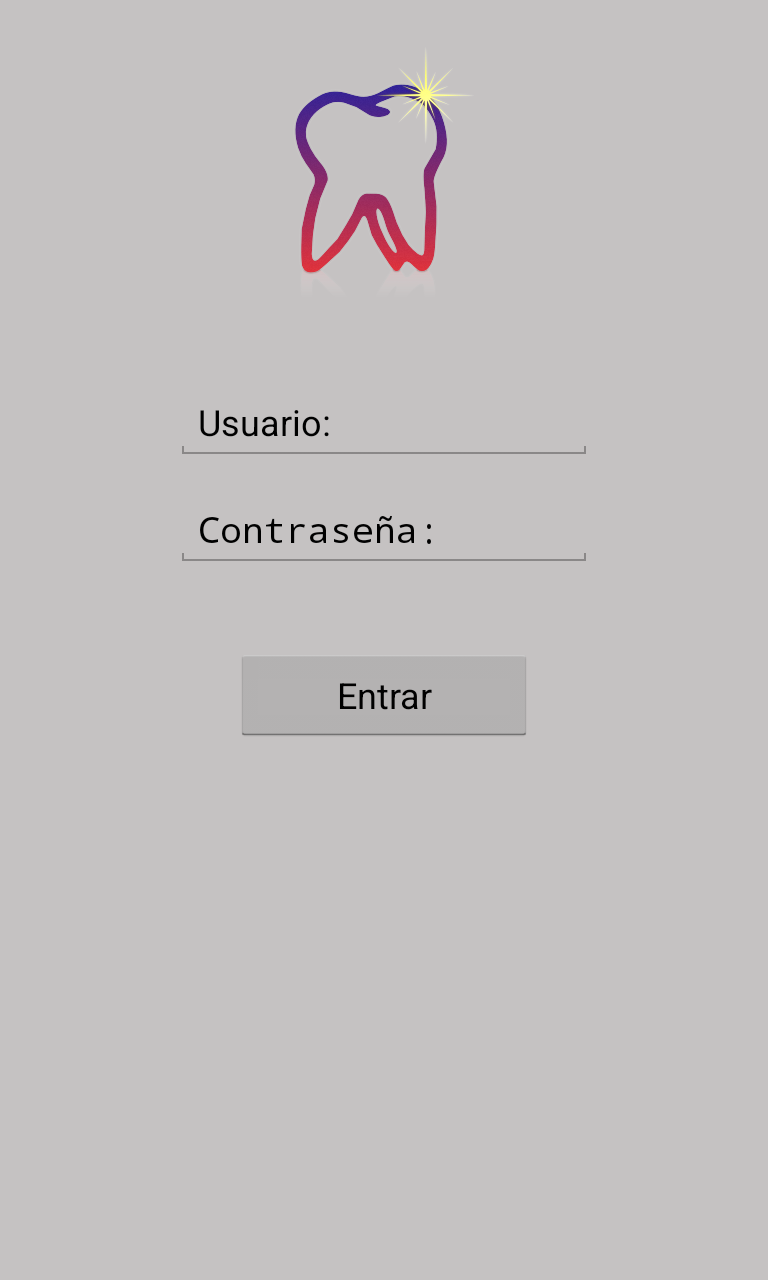
Repository: armandobs94/Dental.App
Layout: AplicacionMovil/DentalApp/Dental.App/res/layout/activity_main.xml
These files come from the project's save history. The layout is drawn as it stood at one moment and after the next save; the edit follows.
It is drawn on a 768 x 1280 px phone screen (xhdpi) without system bars, with theme AppTheme; the app's code is not run.

Above is the layout before, as saved 2015-06-11 23:30:40.

### AplicacionMovil/DentalApp/Dental.App/res/layout/activity_main.xml
<RelativeLayout xmlns:android="http://schemas.android.com/apk/res/android"
    xmlns:tools="http://schemas.android.com/tools"
    android:layout_width="match_parent"
    android:layout_height="match_parent"
    android:background="#C5C2C2"
    android:paddingBottom="@dimen/activity_vertical_margin"
    android:paddingLeft="@dimen/activity_horizontal_margin"
    android:paddingRight="@dimen/activity_horizontal_margin"
    android:paddingTop="@dimen/activity_vertical_margin"
    tools:context=".MainActivity" >

    <EditText
        android:id="@+id/edit_usuario"
        android:layout_width="wrap_content"
        android:layout_height="wrap_content"
        android:layout_below="@+id/imageView1"
        android:layout_centerHorizontal="true"
        android:layout_marginTop="42dp"
        android:ems="10"
        android:hint="@string/Usuario"
        android:textColorHint="#F000" />

    <ImageView
        android:id="@+id/imageView1"
        android:layout_width="wrap_content"
        android:layout_height="wrap_content"
        android:layout_alignParentTop="true"
        android:layout_centerHorizontal="true"
        android:contentDescription="@string/app_name"
        android:src="@drawable/diente" />

    <EditText
        android:id="@+id/edit_contra"
        android:layout_width="wrap_content"
        android:layout_height="wrap_content"
        android:layout_alignLeft="@+id/edit_usuario"
        android:layout_below="@+id/edit_usuario"
        android:layout_marginTop="14dp"
        android:ems="10"
        android:hint="@string/Contra"
        android:inputType="textPassword"
        android:textColorHint="#F000" />

    <Button
        android:id="@+id/btn_login"
        android:layout_width="wrap_content"
        android:layout_height="wrap_content"
        android:layout_below="@+id/edit_contra"
        android:layout_centerHorizontal="true"
        android:layout_marginTop="39dp"
        android:height="30dp"
        android:text="@string/Entrar"
        android:width="150dp" />

</RelativeLayout>

### AplicacionMovil/DentalApp/Dental.App/res/values/dimens.xml
<resources>

    <!-- Default screen margins, per the Android Design guidelines. -->
    <dimen name="activity_horizontal_margin">16dp</dimen>
    <dimen name="activity_vertical_margin">16dp</dimen>
    <dimen name="nav_drawer_width">260dp</dimen>

</resources>

### AplicacionMovil/DentalApp/Dental.App/res/values/strings.xml
<?xml version="1.0" encoding="utf-8"?>
<resources>

    <string name="app_name">Dental.App</string>
    <string name="action_settings">Configuración</string>
    <string name="hello_world">Hello world!</string>
    <string name="Usuario">Usuario:</string>
    <string name="Contra">Contraseña:</string>
    <string name="Entrar">Entrar</string>
    <string name="campoNombre">Nombre:</string>
    <string name="campoAsunto">Asunto:</string>
    <string name="campoComentario">Ingresa tu comentario aquí:</string>
    <string name="campo_cita">Tu cita es:</string>
    <string name="campoHorario">Horario:</string>
    <string name="botonEnviar">Enviar</string>
    <string name="titleContacto">Contacto</string>
    <item name="Contacto" type="id"/>
    <string name="titlePago">Pago</string>
    <item name="Pagar" type="id"/>

</resources>

Loaded but not shown: AplicacionMovil/DentalApp/Dental.App/res/values/styles.xml (common file); AplicacionMovil/DentalApp/Dental.App/res/values-v11/styles.xml (common file); AplicacionMovil/DentalApp/Dental.App/res/values-v14/styles.xml (common file)

After the next save:
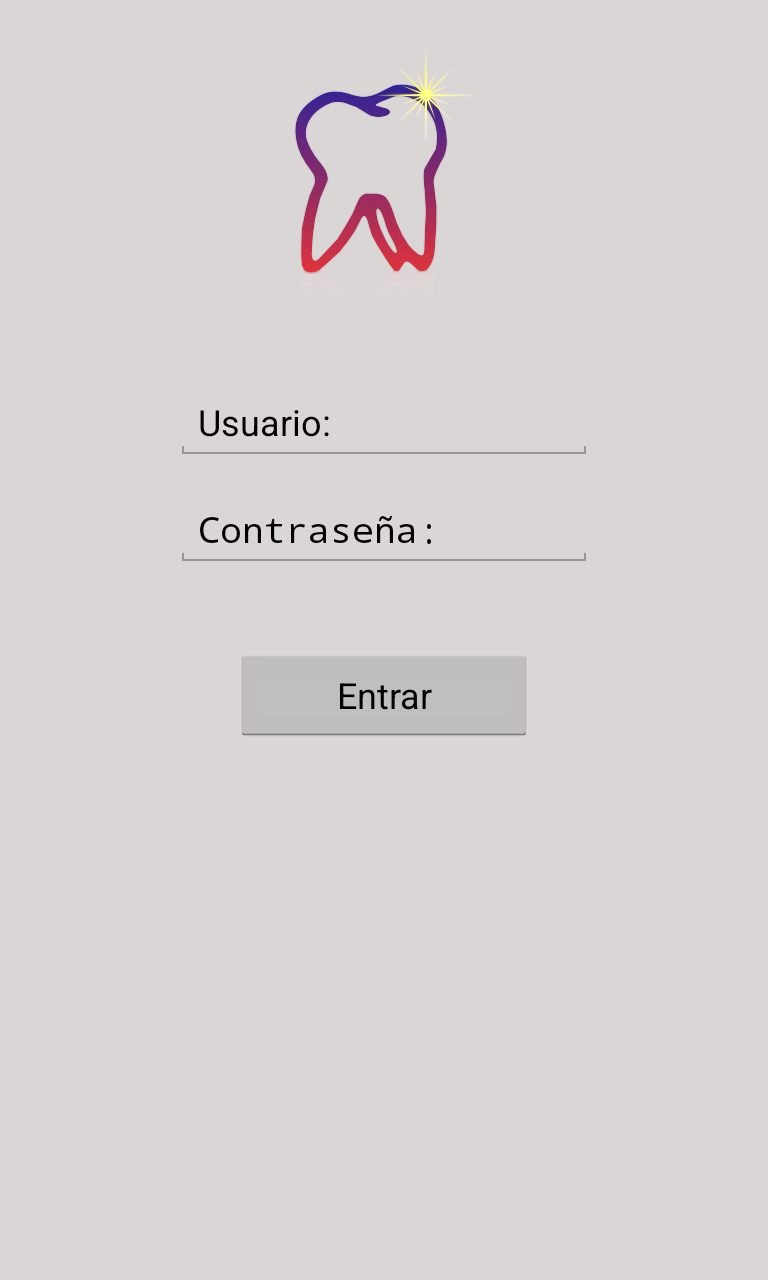
Saved 3 s later.
--- a/AplicacionMovil/DentalApp/Dental.App/res/layout/activity_main.xml
+++ b/AplicacionMovil/DentalApp/Dental.App/res/layout/activity_main.xml
@@ -2,7 +2,7 @@
     xmlns:tools="http://schemas.android.com/tools"
     android:layout_width="match_parent"
     android:layout_height="match_parent"
-    android:background="#C5C2C2"
+    android:background="#DBD6D6"
     android:paddingBottom="@dimen/activity_vertical_margin"
     android:paddingLeft="@dimen/activity_horizontal_margin"
     android:paddingRight="@dimen/activity_horizontal_margin"
